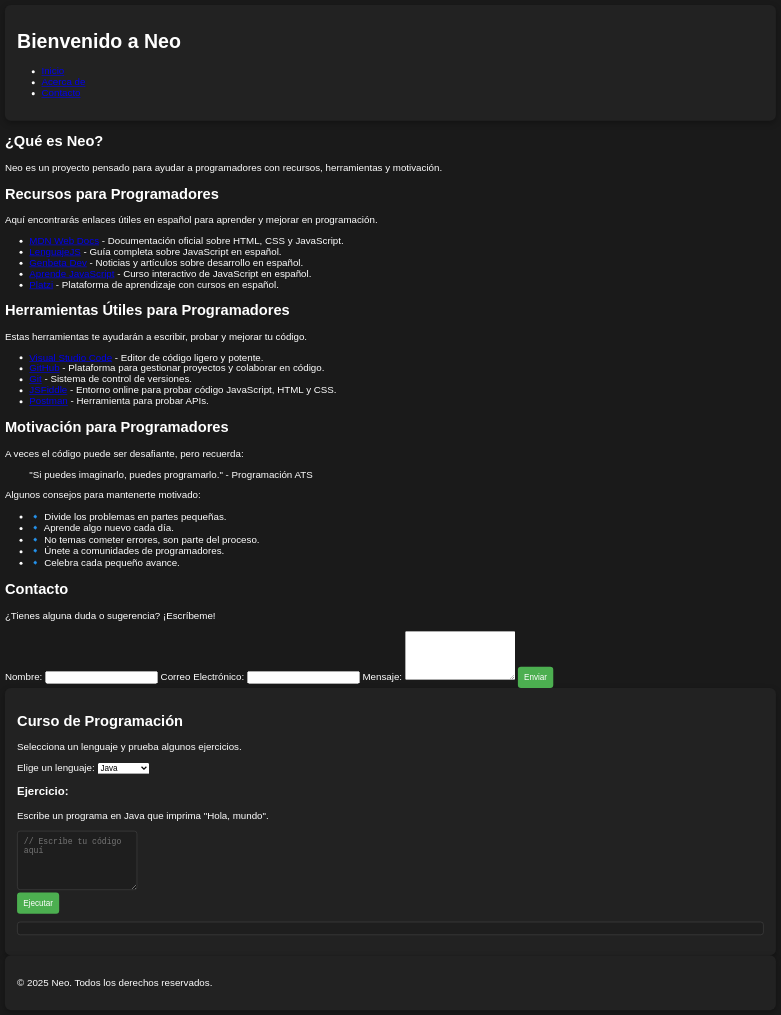
Repository: TapZc/getya_proyect
Page: index.html
The author's editor kept a copy of each file at every save. The page is drawn from the files as they stood at one save, then again after the next save.
The browser window is 1280 px wide. The pictures show the whole page, at 61% of full size.

Above is the page before, as saved 2025-02-21 07:44:40.

After the next save:
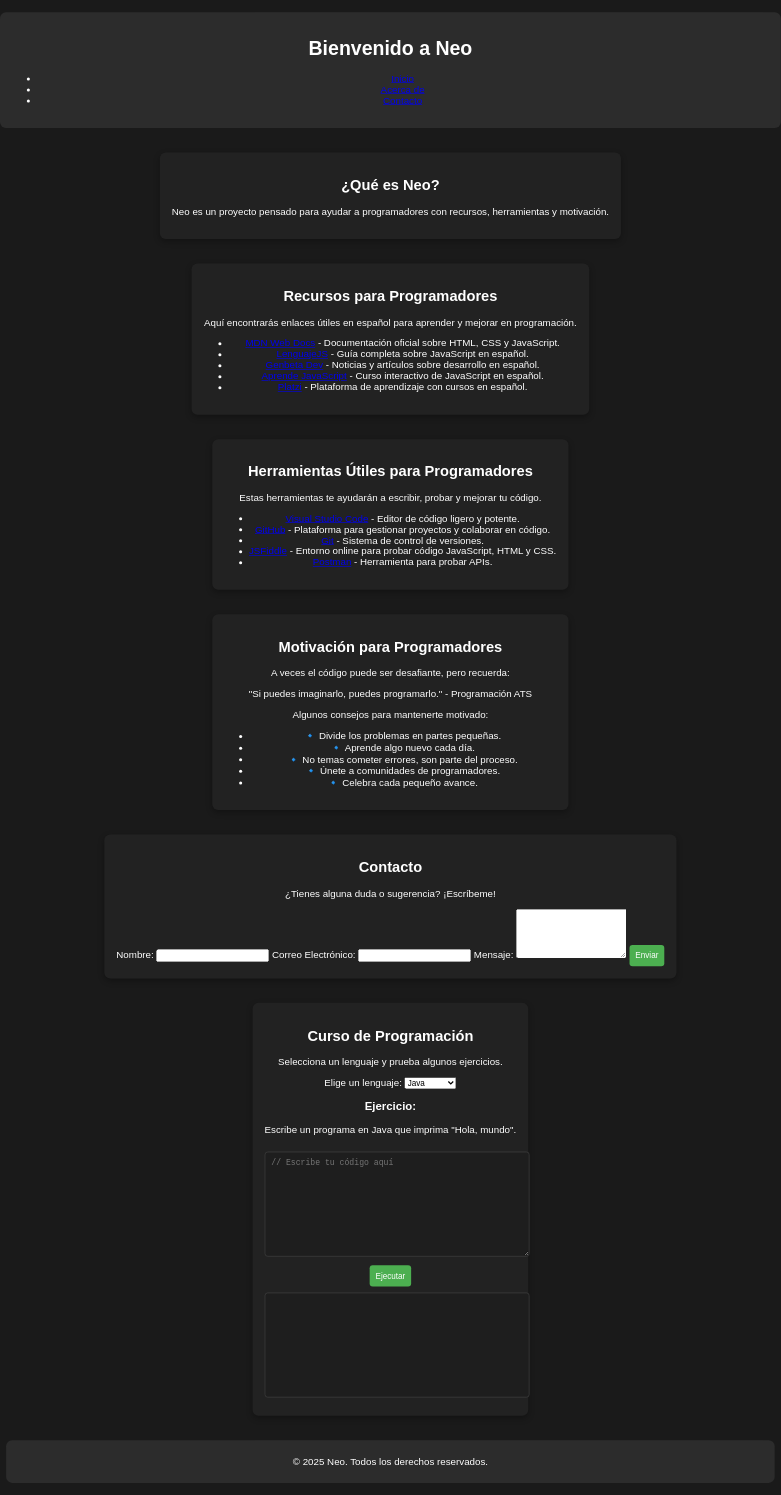
Saved 90 s later.
--- a/styles.css
+++ b/styles.css
@@ -1,31 +1,66 @@
 /* 🔥 Modo oscuro mejorado */
 body {
-    background-color: #1a1a1a; /* Fondo general más oscuro */
+    background-color: #1a1a1a;
     color: #ffffff;
     font-family: Arial, sans-serif;
+    display: flex;
+    flex-direction: column;
+    align-items: center;
+    margin: 0;
+    padding: 20px;
 }
 
-/* Secciones con fondo más oscuro */
-#cursos, header, footer {
-    background-color: #222; /* Más oscuro */
-    color: #ffffff;
-    padding: 20px;
-    border-radius: 10px;
-    box-shadow: 0px 4px 10px rgba(0, 0, 0, 0.3); /* Sombra más intensa */
+/* Contenedor principal para centrar todo */
+.container {
+    width: 80%;
+    max-width: 1000px;
 }
 
-/* Áreas de código y resultado */
+/* Secciones con mejor diseño */
+section {
+    background-color: #222; /* Más oscuro */
+    padding: 20px;
+    margin: 20px 0;
+    border-radius: 10px;
+    box-shadow: 0px 4px 10px rgba(0, 0, 0, 0.3);
+    text-align: center;
+}
+
+/* Cabecera */
+header {
+    width: 100%;
+    background-color: #2c2c2c;
+    padding: 20px;
+    text-align: center;
+    border-radius: 10px;
+    margin-bottom: 20px;
+}
+
+/* Footer */
+footer {
+    width: 100%;
+    background-color: #2c2c2c;
+    padding: 10px;
+    text-align: center;
+    border-radius: 10px;
+    margin-top: 20px;
+}
+
+/* Área de código y resultado */
 #codigo, #resultado {
-    background-color: #1e1e1e; /* Más oscuro */
+    background-color: #1e1e1e;
     color: #ffffff;
     border: 1px solid #444;
     padding: 10px;
     border-radius: 5px;
+    width: 100%;
+    height: 150px;
+    margin: 10px 0;
 }
 
-/* Botón con más contraste */
+/* Botón */
 button {
-    background-color: #4caf50; /* Verde vibrante */
+    background-color: #4caf50;
     color: white;
     border: none;
     padding: 10px;
